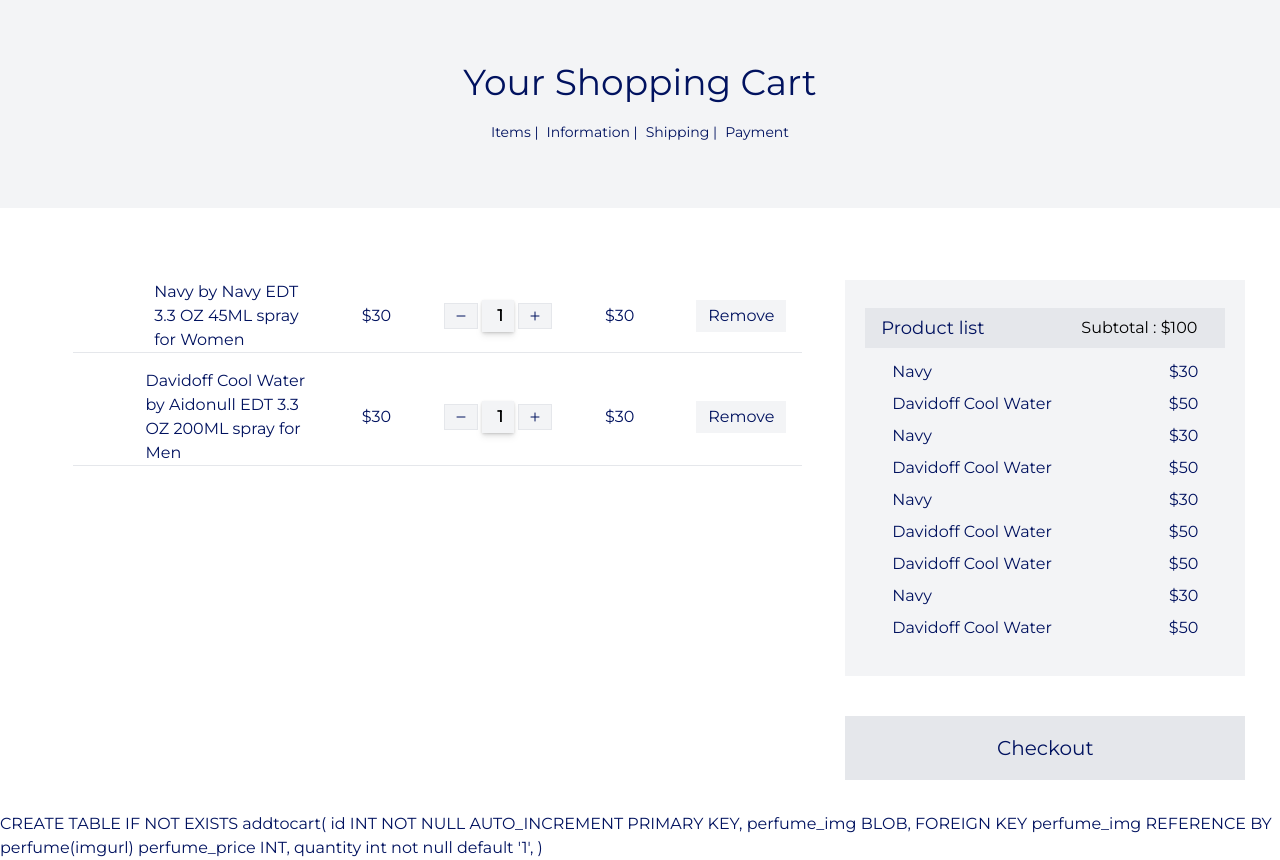
Repository: hsumyatm7308/ecommerce-small-shopping
Page: http://localhost/mvcshop/shopcartpage.php
An editor plug-in stored every save of this project. The page is shown before and after the next save, followed by the edit.
The browser window is 1280 px wide. The pictures show the whole page.
Some web libraries are served in a nearby version. The page is run by PHP 8.4 with error messages shown; the project is at /var/www/html/. Queries for data that is not in the repository find no rows.

Above is the page before, as saved 2023-08-11 01:29:45.

After the next save:
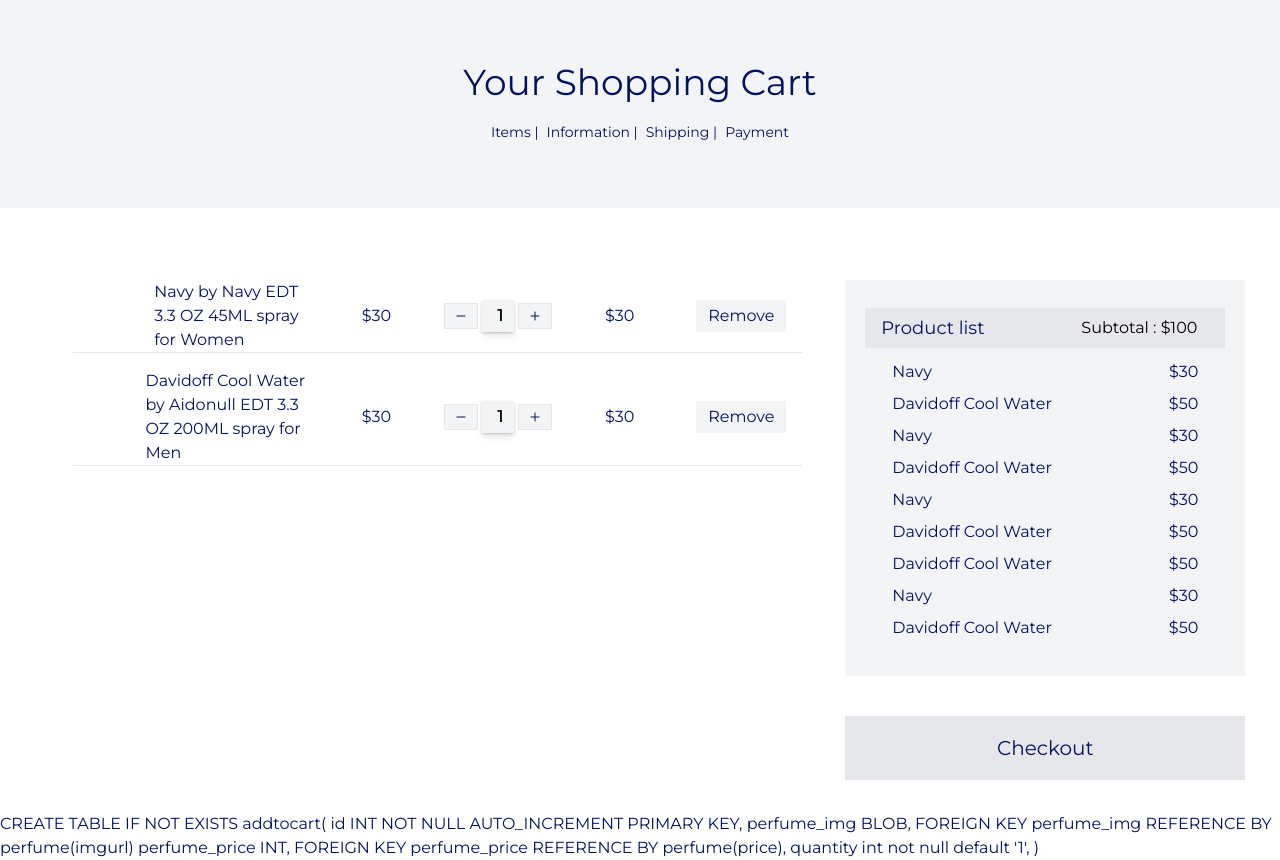
Saved 43 s later.
--- a/shopcartpage.php
+++ b/shopcartpage.php
@@ -258,7 +258,9 @@
     perfume_img BLOB,
     FOREIGN KEY perfume_img REFERENCE BY perfume(imgurl)
     perfume_price INT,
+    FOREIGN KEY perfume_price REFERENCE BY perfume(price),
 
     quantity int not null default '1',
 
+
 )
